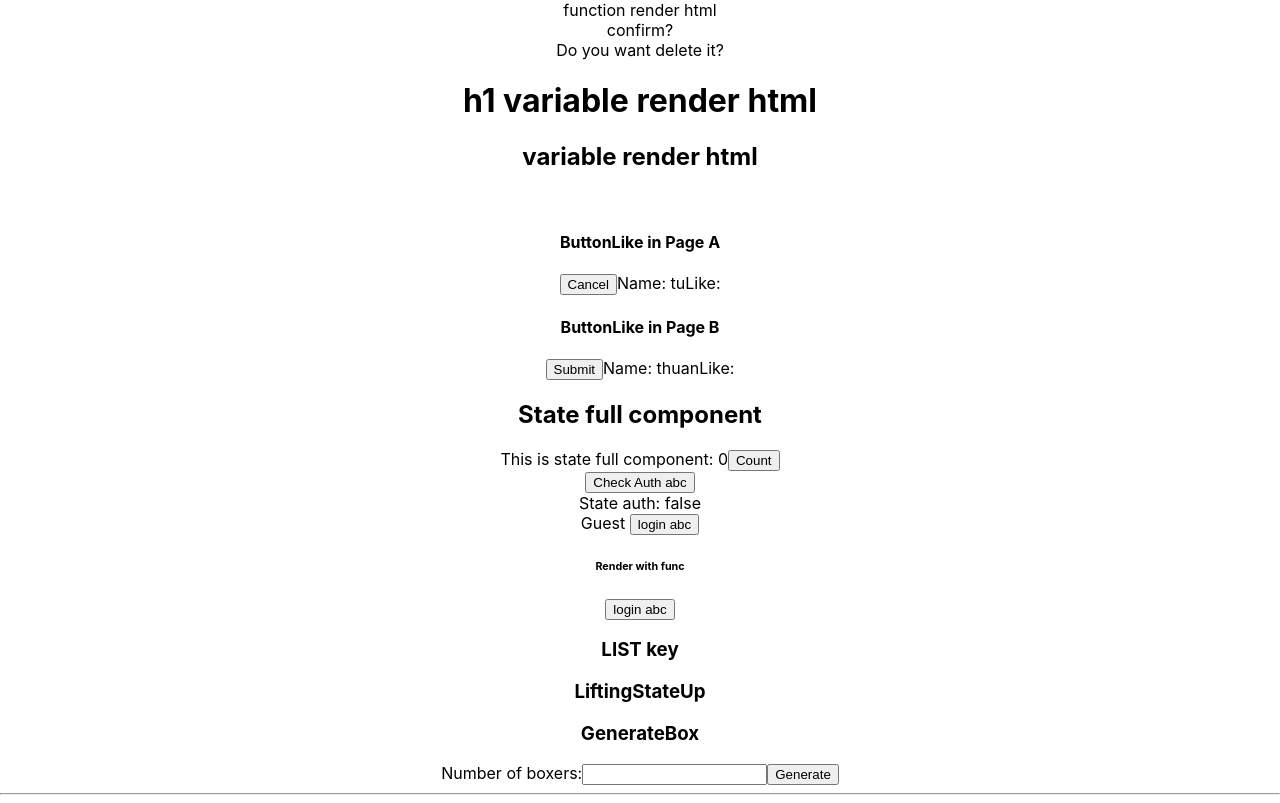
Repository: HoangTu18/reactjs-exercise
Page: /
These files come from the project's save history. The page is drawn as it stood at one moment and after the next save; the edit follows.
The browser window is 1280 px wide. The pictures show the whole page.
The project was rebuilt for these pictures with package versions that can differ from the ones it lists, and the page was loaded fresh each time. Also part of the build but not shown: src/pages/StateObject.jsx, src/components/TodoItem.jsx, src/components/TodoList.jsx, src/exercise/LiftingStateUp.jsx.

Above is the page before, as saved 2022-05-28 17:10:59.

After the next save:
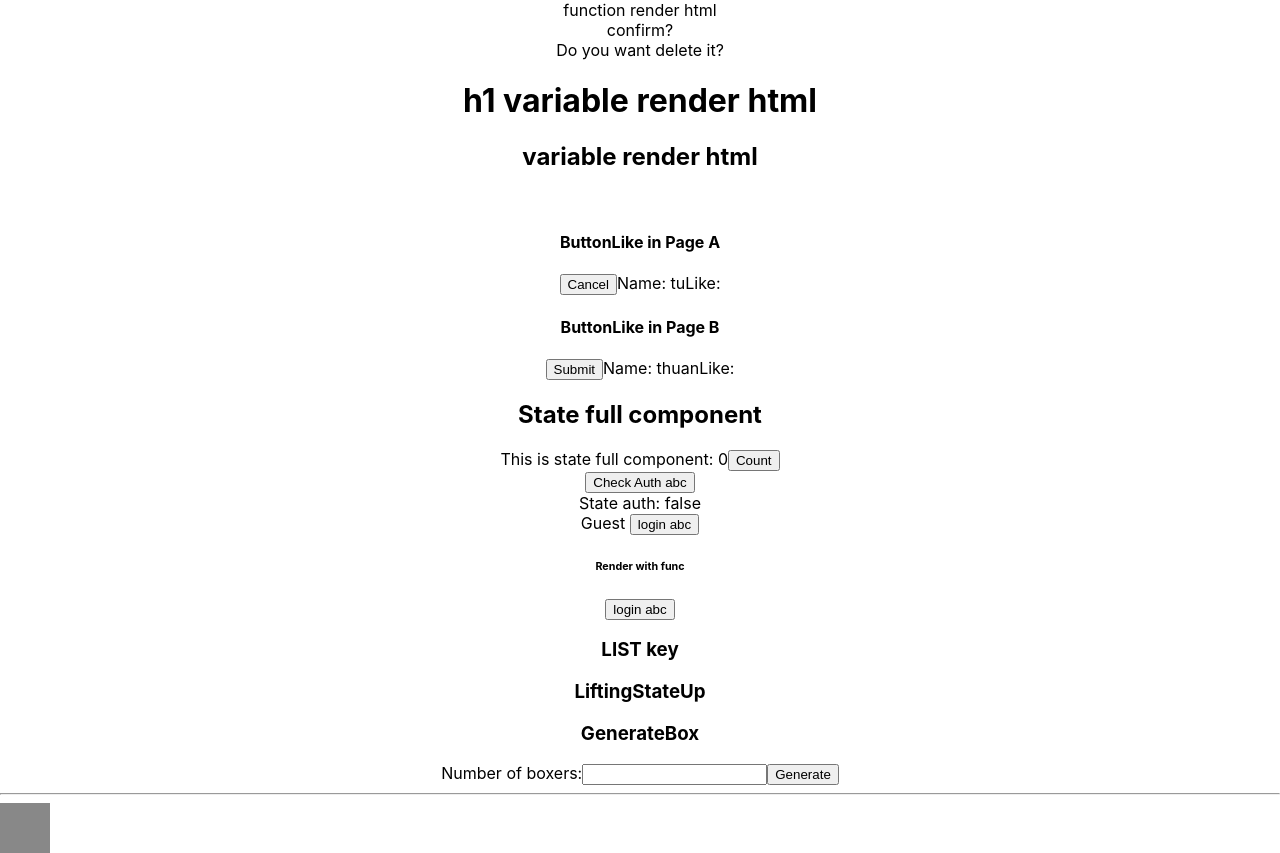
Saved 12 s later.
--- a/src/components/GenerateBox/GenerateBoxItem.jsx
+++ b/src/components/GenerateBox/GenerateBoxItem.jsx
@@ -7,7 +7,9 @@ function GenerateBoxItem(props) {
       <input type="number" />
       <button>Generate</button>
       <hr />
-      <div style={{ width: "50px", backgroundColor: "#888" }}></div>
+      <div
+        style={{ width: "50px", height: "50px", backgroundColor: "#888" }}
+      ></div>
     </div>
   );
 }
